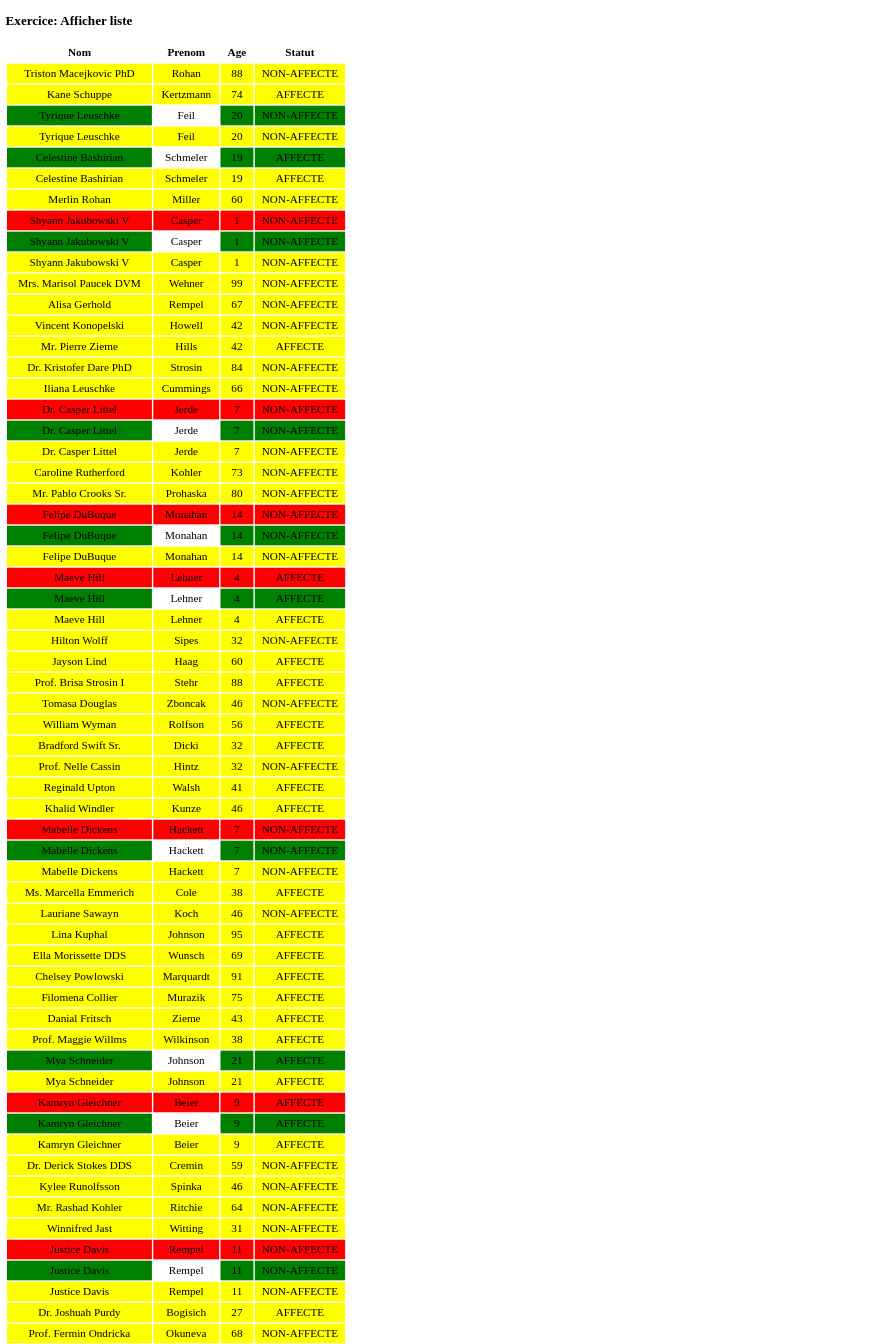
Repository: Bfabien99/PHPREPO
Page: http://localhost/
These files come from the project's save history. The page is drawn as it stood at one moment and after the next save; the edit follows.
The browser window is 1280 px wide. The pictures show the part of the page from y = 0 to 1920 px (the page is 4029 px tall), at 70% of full size.
The page is run by PHP 8.4 with error messages shown; the project is at /var/www/html/.

Above is the page before, as saved 2021-12-10 10:47:22.

### MakeFakeData/src/index.php
<?php
require_once '../vendor/autoload.php';


$faker = Faker\Factory::create();
$i = 0;
$list = [];

while($i<= 100) {

	$person = [];
	$person["nom"] = $faker->name;
	$person["prenom"] = $faker->lastName;
	$person["age"] = $faker->numberBetween($min=1,$max=99);
	$person["statut"] = $faker->randomElement(["AFFECTE","NON-AFFECTE"]);
	$list[] = $person;
	$i++;
}
?>
<!DOCTYPE html>
<html lang="en">
<head>
    <meta charset="UTF-8">
    <meta http-equiv="X-UA-Compatible" content="IE=edge">
    <meta name="viewport" content="width=device-width, initial-scale=1.0">
    <title>Document</title>
    <style>
        thead{
            font-weight:bold;
        }

        td{
            padding:5px 10px;
            text-align:center;
        }

        td.red{
            background-color:red;
        }
        td.green{
            background-color: green;
        }
        td.yellow{
            background-color:yellow;
        }
    </style>
</head>
<body>
    <?php
        echo "<h3>Exercice: Afficher liste</h3>";
        $id;
        // $i=0;
        echo"<table><thead><tr><td>Nom</td><td>Prenom</td><td>Age</td><td>Statut</td></tr></thead>";
        echo"<tbody>";
        foreach ($list as $key=>$value) {
            // if($value["statut"]!="NON-AFFECTE"){
            // echo"<tr>";
            // echo "<td>".$value["nom"]."</td>";
            // echo "<td>".$value["prenom"]."</td>";
            // echo "<td>".$value["age"]."</td>";
            // echo "<td>".$value["statut"]."</td>";
            // echo"</tr>";
            // }
            switch ($value["age"]) {
                case $value["age"]>0 && $value["age"]<18:
                    echo '<tr><td class="red">'.$value["nom"].'</td>
                    <td class="red">'.$value["prenom"].'</td>
                    <td class="red">'.$value["age"].'</td>
                    <td class="red">'.$value["statut"].'</td>
                    </tr>';

                case $value["age"]>18 && $value["age"]<25:
                    echo '<trclass="green"><td class="green">'.$value["nom"].'</td>
                    <td >'.$value["prenom"].'</td>
                    <td class="green">'.$value["age"].'</td>
                    <td class="green">'.$value["statut"].'</td>
                    </trclass=>';

                case $value["age"] > 25:
                    echo '<tr><td class="yellow">'.$value["nom"].'</td>
                    <td class="yellow">'.$value["prenom"].'</td>
                    <td class="yellow">'.$value["age"].'</td>
                    <td class="yellow">'.$value["statut"].'</td>
                    </tr>';
                    # code...
                    break;

                default:
                    # code...
                    break;
            }
            # code...
        }


        echo"</tbody></table>";
    ?>
</body>
</html>

After the next save:
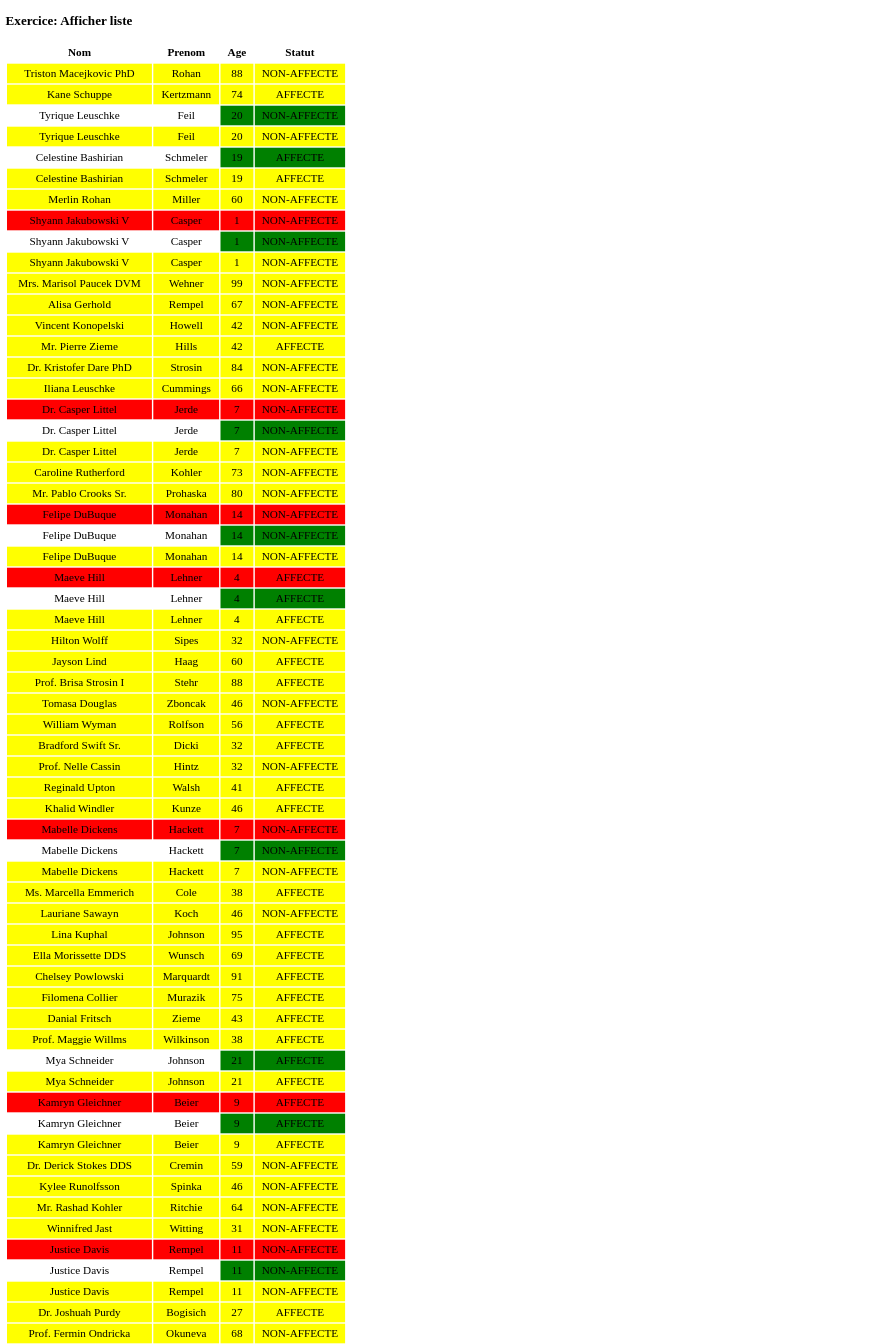
Saved 4 s later.
--- a/MakeFakeData/src/index.php
+++ b/MakeFakeData/src/index.php
@@ -70,7 +70,7 @@ while($i<= 100) {
                     </tr>';
 
                 case $value["age"]>18 && $value["age"]<25:
-                    echo '<trclass="green"><td class="green">'.$value["nom"].'</td>
+                    echo '<trclass="green"><td >'.$value["nom"].'</td>
                     <td >'.$value["prenom"].'</td>
                     <td class="green">'.$value["age"].'</td>
                     <td class="green">'.$value["statut"].'</td>
